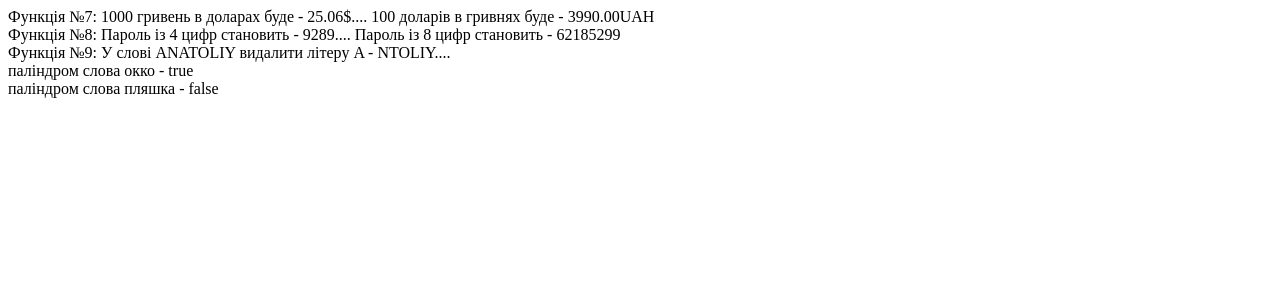
Repository: batonAnton/cursor_js_hw_3
Page: index.html
An editor plug-in stored every save of this project. The page is shown before and after the next save, followed by the edit.
The browser window is 1280 px wide. The pictures show the whole page.

Above is the page before, as saved 2022-08-31 14:51:56.

### index.html
<!DOCTYPE html>
<html lang="en">
<head>
    <meta charset="UTF-8">
    <meta http-equiv="X-UA-Compatible" content="IE=edge">
    <meta name="viewport" content="width=device-width, initial-scale=1.0">
    <title>Hw_3  function</title>
</head>
<body>
    <script src="./js/index.js"></script>
</body>
</html>

### js/index.js
// first task
function getMaxDigit(argNew = 123459 ){
    let varNew  = argNew.toString().split('');
    let bigNum = varNew[0];
    for (let i = 0; i < varNew.length; i++) {
        if(varNew[i] > bigNum ) bigNum = varNew [i];

    } return bigNum;
}
console.log(getMaxDigit());


// second task
function exponentDigit(a,b){
    let first = a;
    let second = b;
    let res = 1;
    for(let i = 0; i < b; i++ ){
        res *= a;
    }return res;
}

console.log(exponentDigit(2,2));

// 3 task

function nameChange(name) {
    return  name.charAt(0).toUpperCase() +  name.slice(1).toLowerCase();
  }


console.log(nameChange("toLik"));

// 4 task

// function calcPercentage( percentageSalary = 19.5){
//     let firstNum = prompt("Сума зарплати ");
//     return firstNum - ((percentageSalary * 1000) * 0.100 / 10);


// }
// console.log(calcPercentage());

// 5 task
function randomRange(minValue,maxValue){

    return Math.ceil(Math.random() * (maxValue - minValue)) + minValue;
}

console.log(randomRange(1,5));

// 6 task

function repeatLetter( str )
{

  for( let i = 0 ;i < str.length ;i++)
  {
    let count = 0;
    for( let j = 0 ;j < str.length ;j++)
    {
      if( str[i] == str[j] && i > j  )
      {
       break;
      }
      if( str[i] == str[j]  )
      {
        count++;
      }
    }
    if( count > 0)
    console.log(`${str[i].toUpperCase()} повторюється  ${count} рази`);
  }

}


let test_str = "укулеле";
console.log("У слові " + " " + test_str + " " + "слова повторюються :");
repeatLetter( test_str);

// 7 task

function convertCurrency (typeValue){
    let dollars = 39.9;
    let res;
        if (typeValue.includes("UAH")) {
            res =   (+typeValue.slice(0, typeValue.indexOf("UAH")) / dollars).toFixed(2) + "$";

          } else if (typeValue.includes("$")) {
            res = (+typeValue.slice(0, typeValue.indexOf("$")) * dollars).toFixed(2) + "UAH";
          } else {
            alert("тільки долари і гривні");
          } return res;


}


let typeValue="1000 UAH";

document.writeln(`Функція №7: 1000 гривень в доларах буде - ${convertCurrency(typeValue)}....`);
typeValue = "100$";
document.writeln(`100 доларів в гривнях  буде - ${convertCurrency(typeValue)} `);

// 9 task
 function getRandomPassword(arg,arg2){

  let result = '';

      for(let i = 0; i < arg; i++){
        result +=(Math.random() * 10).toFixed();
      }
      return result;


        for(let i = 0; i < arg2; i++){
          result+= (Math.random() * 10).toFixed();

        }
        return result;


 }
 const arg = 4;
  const arg2 = 8;
 console.log(getRandomPassword());
 document.writeln(`<br> Функція №8: Пароль із  4 цифр становить - ${getRandomPassword(arg)}....`);
 document.writeln(`  Пароль із  8 цифр становить - ${getRandomPassword(arg2)}`);

//  task 9
//
function deleteLetters(removeLetter, exampleWord) {
  let result = '';
  for (let i = 0; i < exampleWord.length; i++) {
    exampleWord[i] == removeLetter ? result:( result += exampleWord[i]);
  }
  return result;
}

const removeLetter = "A";
const exampleWord = "ANATOLIY";
document.writeln(`<br> Функція №9: У слові ${ exampleWord} видалити літеру ${ removeLetter} - ${deleteLetters(removeLetter, exampleWord)}....`);

// task 10
function isPalindrom(checkWord){
   let result = true;
  for(i = 1; i - 1 < checkWord.length - i ; i++){
    if(checkWord[i-1] !== checkWord[checkWord.length-i])
    return false;
  }
  return result=true;
  for(i = 1; i - 1 < checkWord2.length - i ; i++){
    if(checkWord2[i-1] !== checkWord2[checkWord2.length-i])
    return false;
  }
  return result=true;
}




let checkWord = "окко";
let checkWord2 = "пляшка";
console.log(isPalindrom(checkWord));
document.writeln(`<br>  паліндром слова ${checkWord} - ${isPalindrom(checkWord)}`);
document.writeln(`<br>  паліндром слова ${checkWord2} - ${isPalindrom(checkWord2)}`);


// task 10
function deleteDuplicateLetter(){
  function repeatLetter( str )
  {

    for( let i = 0 ;i < str.length ;i++)
    {
      let count = 0;
      for( let j = 0 ;j < str.length ;j++)
      {
        if( str[i] == str[j] && i > j  )
        {
         break;
        }
        if( str[i] == str[j]  )
        {
          count++;
        }
      }
      if( count > 0)
      console.log(`${str[i].toUpperCase()} повторюється  ${count} рази`);
    }

  }
  function deleteLetters(removeLetter, exampleWord) {
    let result = '';
    for (let i = 0; i < exampleWord.length; i++) {
      exampleWord[i] == removeLetter ? result:( result += exampleWord[i]);
    }
    return result;
  }

}
let test_str1 = "укулеле";
console.log("У слові " + " " + test_str + " " + "слова повторюються :");
repeatLetter( test_str);

After the next save:
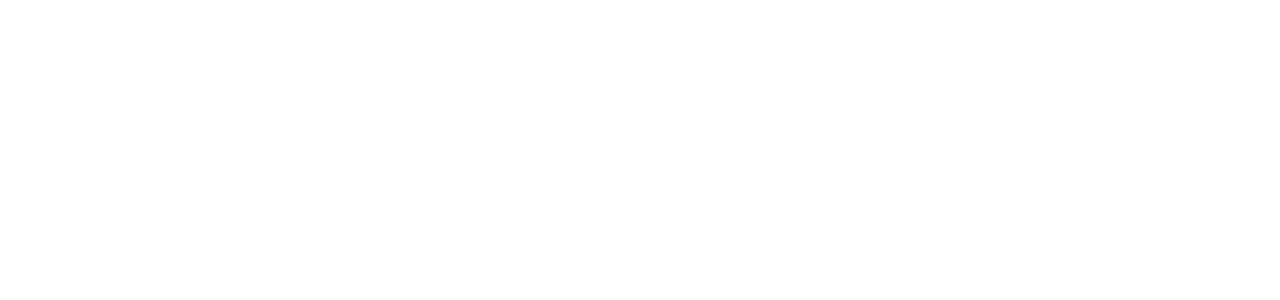
Console error: SyntaxError: Unexpected token '}'
Saved 11 min 31 s later.
--- a/js/index.js
+++ b/js/index.js
@@ -169,37 +169,38 @@
 
 // task 10
 function deleteDuplicateLetter(){
-  function repeatLetter( str )
-  {
-
-    for( let i = 0 ;i < str.length ;i++)
-    {
-      let count = 0;
-      for( let j = 0 ;j < str.length ;j++)
-      {
-        if( str[i] == str[j] && i > j  )
-        {
-         break;
-        }
-        if( str[i] == str[j]  )
-        {
-          count++;
-        }
-      }
-      if( count > 0)
-      console.log(`${str[i].toUpperCase()} повторюється  ${count} рази`);
-    }
-
-  }
-  function deleteLetters(removeLetter, exampleWord) {
-    let result = '';
-    for (let i = 0; i < exampleWord.length; i++) {
-      exampleWord[i] == removeLetter ? result:( result += exampleWord[i]);
-    }
-    return result;
-  }
-
-}
-let test_str1 = "укулеле";
-console.log("У слові " + " " + test_str + " " + "слова повторюються :");
-repeatLetter( test_str);
+  // function repeatLetter( str )
+  // {
+
+  //   for( let i = 0 ;i < str.length ;i++)
+  //   {
+  //     let count = 0;
+  //     for( let j = 0 ;j < str.length ;j++)
+  //     {
+  //       if( str[i] == str[j] && i > j  )
+  //       {
+  //        break;
+  //       }
+  //       if( str[i] == str[j]  )
+  //       {
+  //         count++;
+  //       }
+  //     }
+  //     if( count > 0)
+  //     console.log(`${str[i].toUpperCase()} повторюється  ${count} рази`);
+  //   }
+
+  // }
+  // function deleteLetters(removeLetter, exampleWord) {
+  //   let result = '';
+  //   for (let i = 0; i < exampleWord.length; i++) {
+  //     exampleWord[i] == removeLetter ? result:( result += exampleWord[i]);
+  //   }
+  //   return result;
+  // }
+  let func
+  if(repeatLetter(test_str1))
+
+}
+let test_str1 = "вібрація";
+console.log("У слові " + " " + test_str1 + " " + "слова повторюються :");

After the 2 saves that followed:
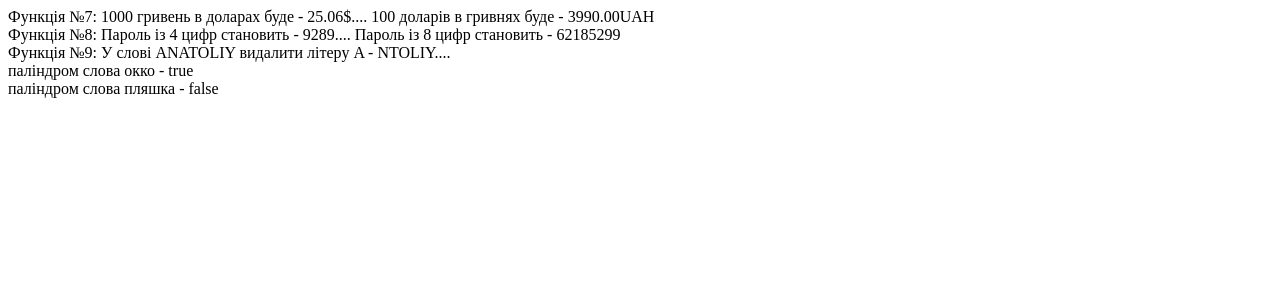
The error is gone.
The 2 saves are shown as one change because 1 left the picture as it was.
The last was saved 11 min 53 s later.
--- a/js/index.js
+++ b/js/index.js
@@ -169,38 +169,18 @@
 
 // task 10
 function deleteDuplicateLetter(){
-  // function repeatLetter( str )
-  // {
+let test_str1 = "вібрація";
+let newString = "";
+    sentence = sentence.toLowerCase();
+    for (let i = 0; i < sentence.length; i++) {
+        if (sentence.lastIndexOf(sentence[i]) === sentence.indexOf(sentence[i])) {
+            newSentence += sentence[i]
+        }
+        else {
+            newSentence;
+        }
+    }
+    return newSentence;
+}
 
-  //   for( let i = 0 ;i < str.length ;i++)
-  //   {
-  //     let count = 0;
-  //     for( let j = 0 ;j < str.length ;j++)
-  //     {
-  //       if( str[i] == str[j] && i > j  )
-  //       {
-  //        break;
-  //       }
-  //       if( str[i] == str[j]  )
-  //       {
-  //         count++;
-  //       }
-  //     }
-  //     if( count > 0)
-  //     console.log(`${str[i].toUpperCase()} повторюється  ${count} рази`);
-  //   }
-
-  // }
-  // function deleteLetters(removeLetter, exampleWord) {
-  //   let result = '';
-  //   for (let i = 0; i < exampleWord.length; i++) {
-  //     exampleWord[i] == removeLetter ? result:( result += exampleWord[i]);
-  //   }
-  //   return result;
-  // }
-  let func
-  if(repeatLetter(test_str1))
-
-}
-let test_str1 = "вібрація";
-console.log("У слові " + " " + test_str1 + " " + "слова повторюються :");
+let previ
